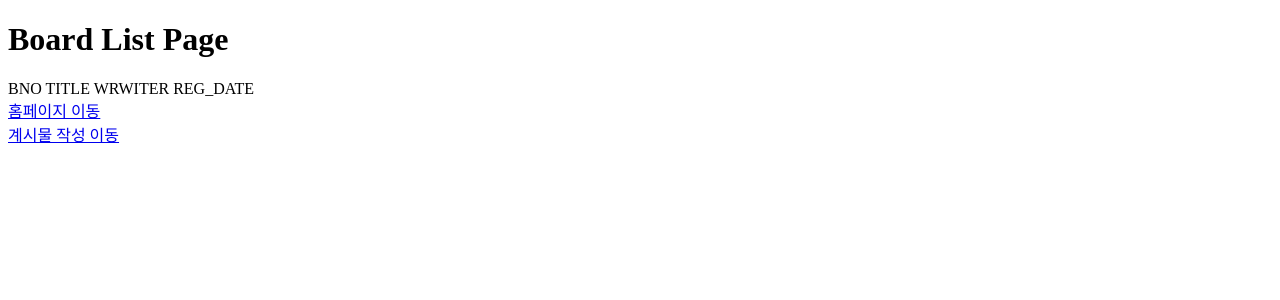
Repository: Leesunghoon1/pjthome
Page: http://localhost/jsp_pjt/board/list.jsp
An editor plug-in stored every save of this project. The page is shown before and after the next save, followed by the edit.
The browser window is 1280 px wide. The pictures show the whole page.
The page is served by Tomcat 9.

Above is the page before, as saved 2023-09-21 08:44:19.

After the next save:
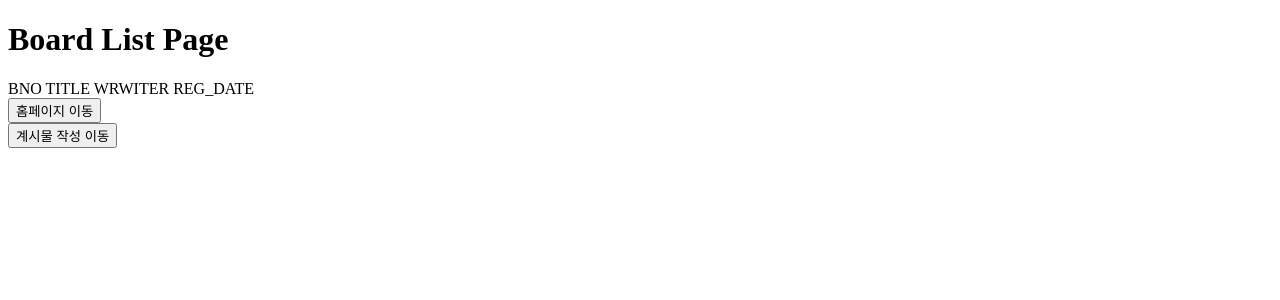
Saved 3 min 2 s later.
--- a/jsp_pjt-main/jsp_pjt/src/main/webapp/board/list.jsp
+++ b/jsp_pjt-main/jsp_pjt/src/main/webapp/board/list.jsp
@@ -16,8 +16,8 @@
 	<th>REG_DATE</th>
 </tr>
 <br>
- <a href="/index.jsp">홈페이지 이동</a>
+ <a href="/index.jsp"><button type="button">홈페이지 이동</button></a>
  <br>
-   <a href="/brd/register">계시물 작성 이동</a>
+   <a href="/brd/register"><button type="button">계시물 작성 이동</button></a>
 </body>
 </html>
